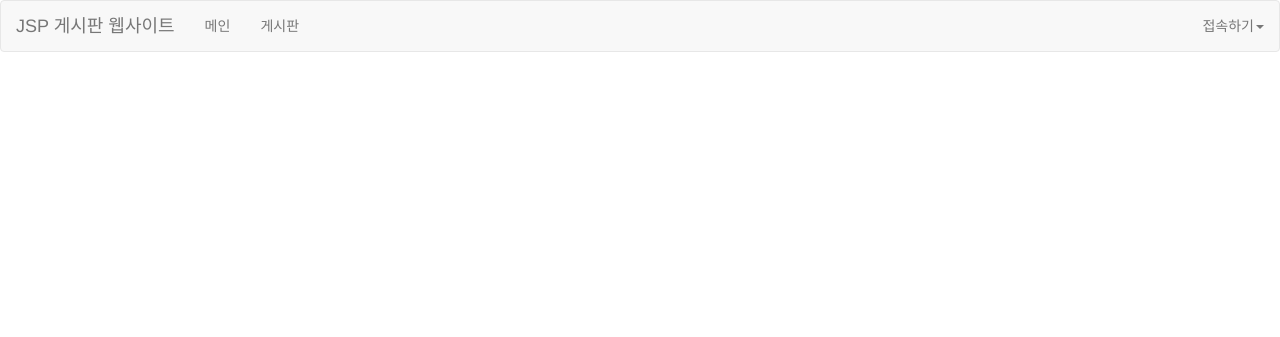
Repository: Minsu9130/JSP-
Page: http://localhost/BBS/join.jsp
These files come from the project's save history. The page is drawn as it stood at one moment and after the next save; the edit follows.
The browser window is 1280 px wide. The pictures show the whole page.
Some web libraries are served in a nearby version. The page is served by Tomcat 9. Other server files are loaded and not shown.

Above is the page before, as saved 2021-07-01 08:24:07.

### BBS/WebContent/join.jsp
<%@ page language="java" contentType="text/html; charset=UTF-8"
    pageEncoding="UTF-8"%>
<!DOCTYPE html>
<html>
<head>
<meta charset="UTF-8">
<meta name="viewport" content="width=device-width",initial-scale="1">
<link rel="stylesheet" href="css/bootstrap.css">
<title>JSP 게시판 웹 사이트</title>
</head>
<body>
	<nav class="navbar navbar-default">
		<div class="navbar-header">
			<button type="button" class="navbar-toggle collapsed" data-toggle="collapse"
				data-target="#bs-example-navbar-collapse-1" aria-expanded="false">
				<span class="icon-bar"></span>
				<span class="icon-bar"></span>
				<span class="icon-bar"></span>
			</button>
			<a class="navbar-brand" href="main.jsp">JSP 게시판 웹사이트</a>
		</div>
		<div class="collapse navbar-collapse" id="bs-example-navbar-collapse-1">
			<ul class="nav navbar-nav">
				<li><a href="main.jsp">메인</a></li>
				<li><a href="bbs.jsp">게시판</a></li>
			</ul>
			<ul class="nav navbar-nav navbar-right">
				<li class="dropdown">
					<a href="#" class="dropdown-toggle"
						data-toggle="dropdown" role="button" aria-haspopup="true"
						aria-expanded="false">접속하기<span class="caret"></span></a>
					<ul class="dropdown-menu">
						<li class="active"><a href="login.jsp">로그인</a></li>
						<li><a href="join.jsp">회원가입</a></li>
					</ul>
				</li>
			</ul>
		</div>
	</nav>
	<script src="https://code.jquery.com/jquery-3.1.1.min.js"></script>
	<script src="js/bootstrap.js"></script>
</body>
</html>

Loaded but not shown: BBS/WebContent/css/bootstrap.css (library); BBS/WebContent/js/bootstrap.js (library)

After the next save:
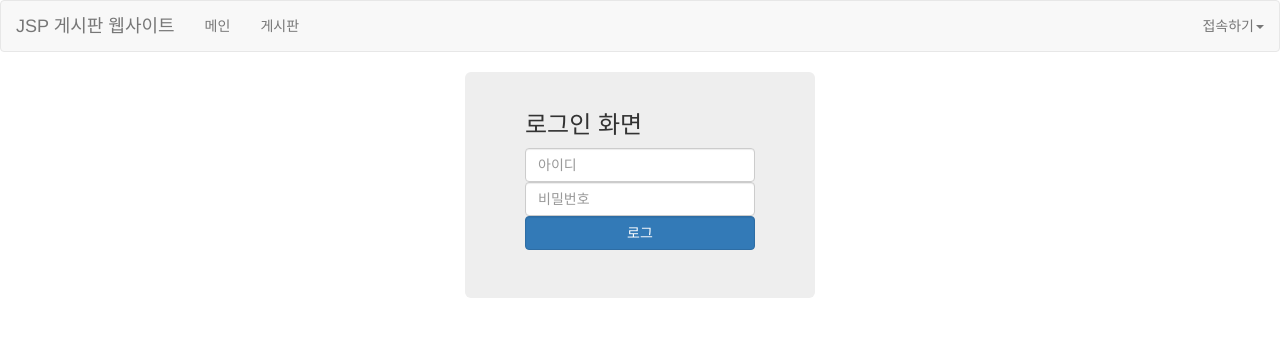
Saved 4 h 15 min later.
--- a/BBS/WebContent/join.jsp
+++ b/BBS/WebContent/join.jsp
@@ -37,6 +37,24 @@
 			</ul>
 		</div>
 	</nav>
+	<div class="container">
+		<div class="col-lg-4"></div>
+		<div class="col-lg-4">
+			<div class="jumbotron" style="padding-top: 20px;">
+				<form method="post" action="loginAction.jsp">
+					<h3 style="text-aligh:center;">로그인 화면</h3>
+					<div class="form=group">
+						<input type="text" class="form-control" placeholder="아이디" name="userID" maxlength="20">
+					</div>
+					<div class="form=group">
+						<input type="password" class="form-control" placeholder="비밀번호" name="userPassword" maxlength="20">
+					</div>
+					<input type="submit" class="btn btn-primary form-control" value="로그">
+				</form>
+			</div>
+		</div>
+		<div class="col-lg-4"></div>
+	</div>
 	<script src="https://code.jquery.com/jquery-3.1.1.min.js"></script>
 	<script src="js/bootstrap.js"></script>
 </body>
